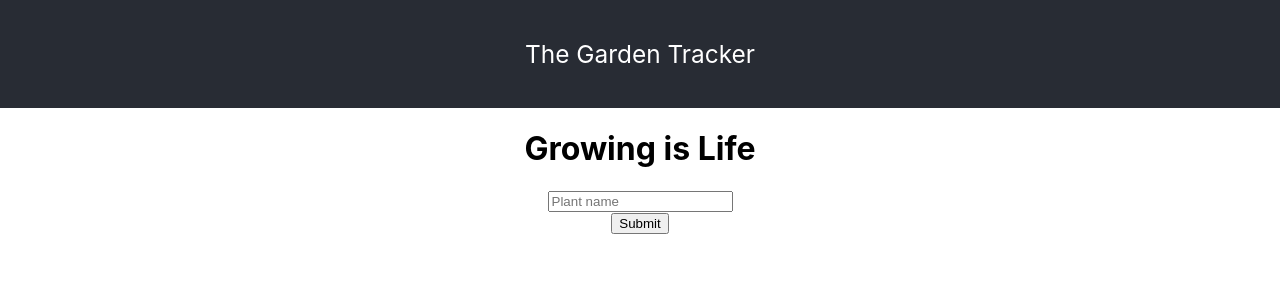
Repository: charliejp0311/gardentracker
Page: /harvest
An editor plug-in stored every save of this project. The page is shown before and after the next save, followed by the edit.
The browser window is 1280 px wide. The pictures show the whole page.
The project was rebuilt for these pictures with package versions that can differ from the ones it lists, and the page was loaded fresh each time.

Above is the page before, as saved 2020-10-28 09:52:56.

### public/index.html
<!DOCTYPE html>
<html lang="en">
  <head>
    <meta charset="utf-8" />
    <link rel="icon" href="%PUBLIC_URL%/sun-svgrepo-com.svg" />
    <meta name="viewport" content="width=device-width, initial-scale=1" />
    <meta name="theme-color" content="#000000" />
    <meta
      name="description"
      content="Web site created using create-react-app"
    />
    <link rel="apple-touch-icon" href="%PUBLIC_URL%/logo192.png" />
    <!--
      manifest.json provides metadata used when your web app is installed on a
      user's mobile device or desktop. See https://developers.google.com/web/fundamentals/web-app-manifest/
    -->
    <link rel="manifest" href="%PUBLIC_URL%/manifest.json" />
    <!--
      Notice the use of %PUBLIC_URL% in the tags above.
      It will be replaced with the URL of the `public` folder during the build.
      Only files inside the `public` folder can be referenced from the HTML.

      Unlike "/favicon.ico" or "favicon.ico", "%PUBLIC_URL%/favicon.ico" will
      work correctly both with client-side routing and a non-root public URL.
      Learn how to configure a non-root public URL by running `npm run build`.
    -->
    <title>Track Your Garden</title>
  </head>
  <body>
    <noscript>You need to enable JavaScript to run this app.</noscript>
    <div id="root"></div>
    <!--
      This HTML file is a template.
      If you open it directly in the browser, you will see an empty page.

      You can add webfonts, meta tags, or analytics to this file.
      The build step will place the bundled scripts into the <body> tag.

      To begin the development, run `npm start` or `yarn start`.
      To create a production bundle, use `npm run build` or `yarn build`.
    -->
  </body>
</html>

### src/index.js
import React from 'react';
import ReactDOM from 'react-dom';
import './index.css';
import App from './App';
import reportWebVitals from './reportWebVitals';
import reducer from './reducers/index'
import { Provider } from  'react-redux';
import { applyMiddleware, createStore } from 'redux';
import thunk from 'redux-thunk';

let store = createStore(reducer,applyMiddleware(thunk))

ReactDOM.render(
  <Provider store={store}>
    <App />
  </Provider>,
  document.getElementById('root')
);

// If you want to start measuring performance in your app, pass a function
// to log results (for example: reportWebVitals(console.log))
// or send to an analytics endpoint. Learn more: https://bit.ly/CRA-vitals
reportWebVitals();

### src/App.js
import './App.css';
import CreateGarden from './components/CreateGarden'

function App() {
  return (
    <div className="App">
      <header className="App-header">
        The Garden Tracker
      </header>
        <CreateGarden />
    </div>
  );
}

export default App;

### src/reducers/index.js
import { combineReducers } from 'redux';
import garden from './GardenReducer'

export default combineReducers({
    garden
})

### src/components/CreateGarden.js
import React, {Component} from 'react';
import { connect } from 'react-redux';
import Garden from './Garden';


class CreateGarden extends Component{

    state = {
        plants: [],
        nutrients: [],
        archive: []
    }

    addPlant=(plant)=>{
        return({
        type: "ADD_PLANT",
        plant
        })
    };

    render(){
        return(
            <div>
                <Garden
                plants={this.state.plants}
                nutrients={this.state.nutrients}
                archive={this.state.archive}
                addPlant={this.addPlant}/>
            </div>
        )
    };
};



export default connect()(CreateGarden);

### src/reducers/GardenReducer.js
export default function garden (state = {
    plants: []
},action){
    switch (action.type) {
        case 'ADD_GARDEN':

            break;
        case 'REMOVE_GARDEN':

            break;

        default:
            return state;
    }
};

### src/components/Garden.js
import React, {Component} from 'react';
import CreatePlant from './CreatePlant';
import PlantList from './plantList';
import Archive from "./Archive";
import {connect} from 'react-redux';


class Garden extends Component{

    state = {
        plants: [],
        archive: [],
        nutrients: []
    }

    render(){

        return(
            <div className='garden-container' >
                <h1>Growing is Life</h1>
                <CreatePlant  />
                <PlantList plants={this.state.plants} />
                <Archive archive={this.state.archive} />
            </div>
        )
    }
}
const mapStateToProps=state=>{
    return{
        plants: state.plants,
        archive: state.archive,
        nutrients: state.nutrients
    }
}

export default connect(mapStateToProps)(Garden);

### src/components/CreatePlant.js
import React from 'react';

export default function CreatePlant(props){
    return(
        <form onSubmit={props.handleSubmit}>
            <input type='text' onChange={props.handleChange} value={props.state} placeholder='Plant name'/><br/>
            <input type='submit'/>
        </form>
    )
}

### src/components/plantList.js
// display plants with button that takes you to the individual plant
// a button to remove the plant from the garden and add to plant archive
import { Component } from "react";

class PlantList extends Component{
    render(){
        const {plants} = this.props

        return(
            <div>
                {/* {plants.map(plant=>{
                    return(
                        <div>
                        <b>{plant.name}</b>
                        <button>Display Plant</button>
                        <button>Archive Plant</button>
                        </div>
                    )
                })} */}
            </div>
        )
    }
}

export default PlantList;

### src/components/Archive.js
import { Component } from "react";

class Archive extends Component{
    render(){
        const {plants} = this.props

        return(
            <div>
                {/* {plants.map(plant=>{
                    return(
                        <div>
                        <b>{plant.name}</b>
                        <button>Display Plant</button>
                        <button>Archive Plant</button>
                        </div>
                    )
                })} */}
            </div>
        )
    }
}

export default Archive;

Loaded but not shown: src/index.css (common file); src/reportWebVitals.js (common file); src/App.css (common file)

After the next save:
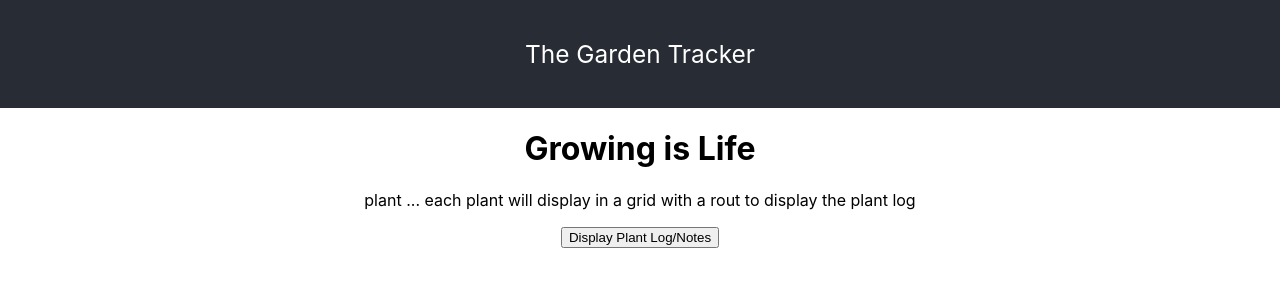
Saved 3 min 55 s later.
--- a/src/components/CreatePlant.js
+++ b/src/components/CreatePlant.js
@@ -1,10 +1,25 @@
-import React from 'react';
+import { Component } from "react";
 
-export default function CreatePlant(props){
-    return(
-        <form onSubmit={props.handleSubmit}>
-            <input type='text' onChange={props.handleChange} value={props.state} placeholder='Plant name'/><br/>
-            <input type='submit'/>
-        </form>
-    )
+class Plant extends Component {
+    state = {
+        name: '',
+        notes: [],
+        nutrients: []
+    }
+
+    render(){
+        return(
+            <div>
+                <p>
+                    plant ... each plant will display in a grid with a rout to display the plant log
+                </p>
+
+                <button>Display Plant Log/Notes</button>
+
+
+            </div>
+        )
+    }
 }
+
+export default Plant;
